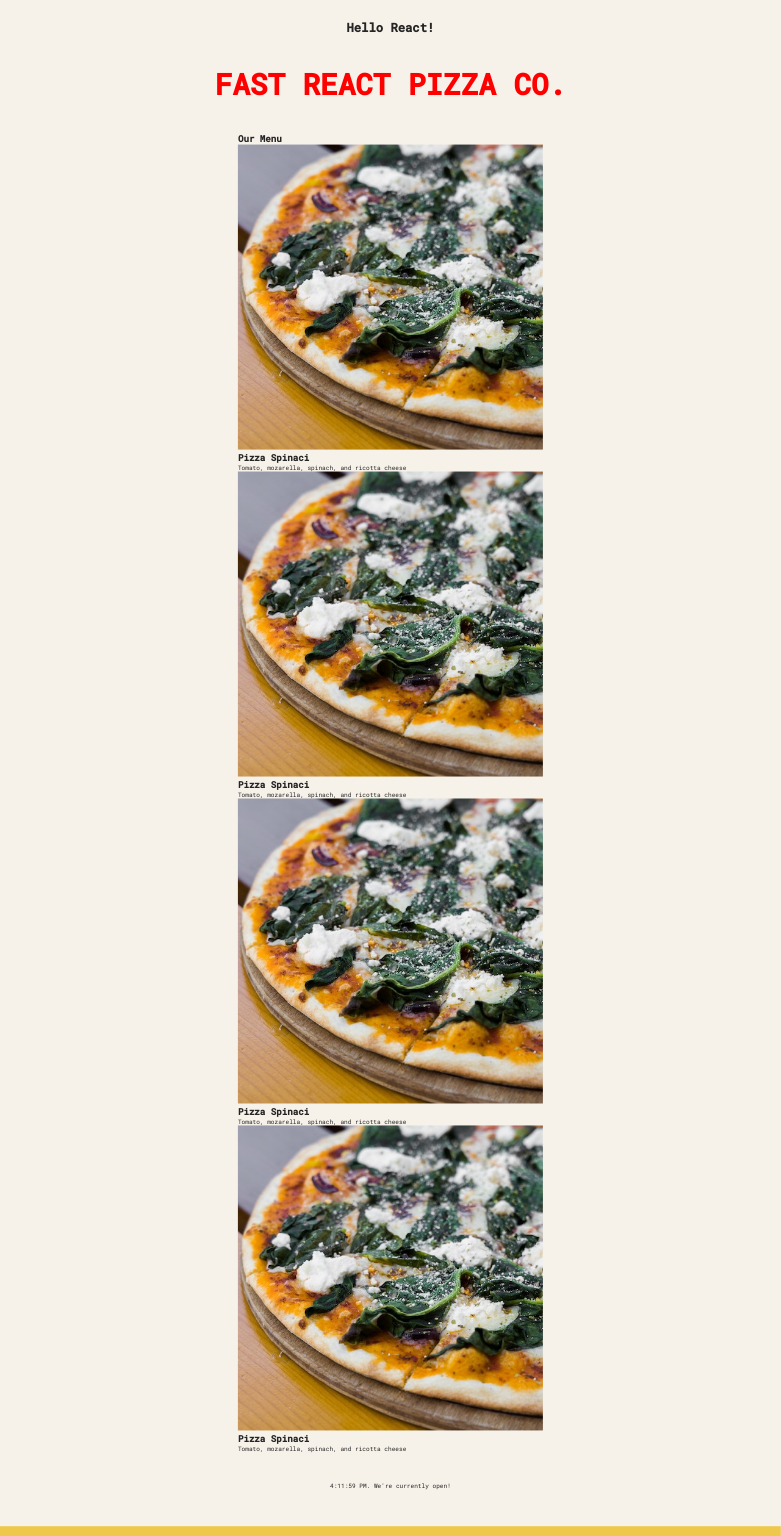
Repository: Alphosmart/03_pizza-menu
Page: /
An editor plug-in stored every save of this project. The page is shown before and after the next save, followed by the edit.
The browser window is 1280 px wide. The pictures show the whole page, at 61% of full size.
The project was rebuilt for these pictures with package versions that can differ from the ones it lists, and the page was loaded fresh each time.

Above is the page before, as saved 2024-05-27 19:22:51.

### src/index.js
import React from "react";
import ReactDOM from "react-dom/client";
import "./index.css";

const pizzaData = [
  {
    name: "Focaccia",
    ingredients: "Bread with italian olive oil and rosemary",
    price: 6,
    photoName: "pizzas/focaccia.jpg",
    soldOut: false,
  },
  {
    name: "Pizza Margherita",
    ingredients: "Tomato and mozarella",
    price: 10,
    photoName: "pizzas/margherita.jpg",
    soldOut: false,
  },
  {
    name: "Pizza Spinaci",
    ingredients: "Tomato, mozarella, spinach, and ricotta cheese",
    price: 12,
    photoName: "pizzas/spinaci.jpg",
    soldOut: false,
  },
  {
    name: "Pizza Funghi",
    ingredients: "Tomato, mozarella, mushrooms, and onion",
    price: 12,
    photoName: "pizzas/funghi.jpg",
    soldOut: false,
  },
  {
    name: "Pizza Salamino",
    ingredients: "Tomato, mozarella, and pepperoni",
    price: 15,
    photoName: "pizzas/salamino.jpg",
    soldOut: true,
  },
  {
    name: "Pizza Prosciutto",
    ingredients: "Tomato, mozarella, ham, aragula, and burrata cheese",
    price: 18,
    photoName: "pizzas/prosciutto.jpg",
    soldOut: false,
  },
];

function App() {
  return (
    <div className="container">
      <h1>Hello React!</h1>
      <Header />
      <Menu />
      <Footer />
    </div>
  );
}

function Header() {
  const style = { color: "red", fontSize: "48px", textTransform: "Uppercase" };
  return <h1 style={style}>Fast React Pizza Co.</h1>;
}

function Menu() {
  return (
    <div>
      <h2>Our Menu</h2>
      <Pizza />
      <Pizza />
      <Pizza />
      <Pizza />
    </div>
  );
}

function Footer() {
  const hour = new Date().getHours();
  const openHour = 12;
  const closeHour = 22;
  const isOpen = hour >= openHour && hour <= closeHour;
  console.log(isOpen);
  // if (hour >= openHour && hour <= closeHour) alert("We're currently open!");
  // else alert("Sorry We're closed!");
  return (
    <footer>{new Date().toLocaleTimeString()}. We're currently open!</footer>
  );

  // return React.createElement("footer", null, "We're currently open!");
}

function Pizza() {
  return (
    <div>
      <img src="pizzas/spinaci.jpg" alt="Pizza spinaci" />
      <h2>Pizza Spinaci</h2>
      <p>Tomato, mozarella, spinach, and ricotta cheese</p>
    </div>
  );
}

// React v18
const root = ReactDOM.createRoot(document.getElementById("root"));
root.render(
  <React.StrictMode>
    <App />
  </React.StrictMode>
); // or root.render<App />);

//React before v18
// React.render(<App />, document.getElementById("root"));

Loaded but not shown: public/index.html (common file); src/index.css (common file)

After the next save:
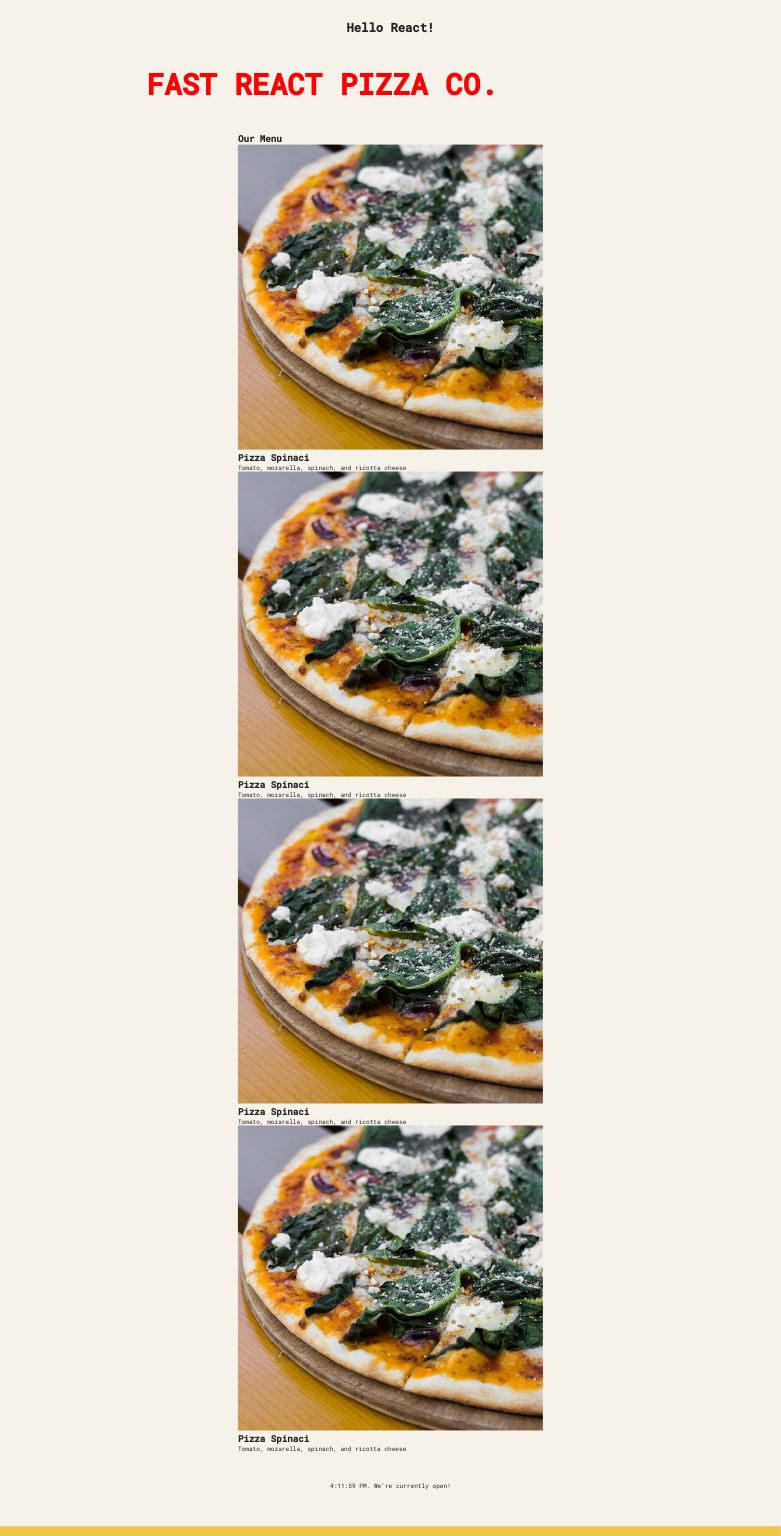
Saved 75 s later.
--- a/src/index.js
+++ b/src/index.js
@@ -60,7 +60,11 @@
 
 function Header() {
   const style = { color: "red", fontSize: "48px", textTransform: "Uppercase" };
-  return <h1 style={style}>Fast React Pizza Co.</h1>;
+  return (
+    <h1 style={style} className="header">
+      Fast React Pizza Co.
+    </h1>
+  );
 }
 
 function Menu() {

After the 2 saves that followed:
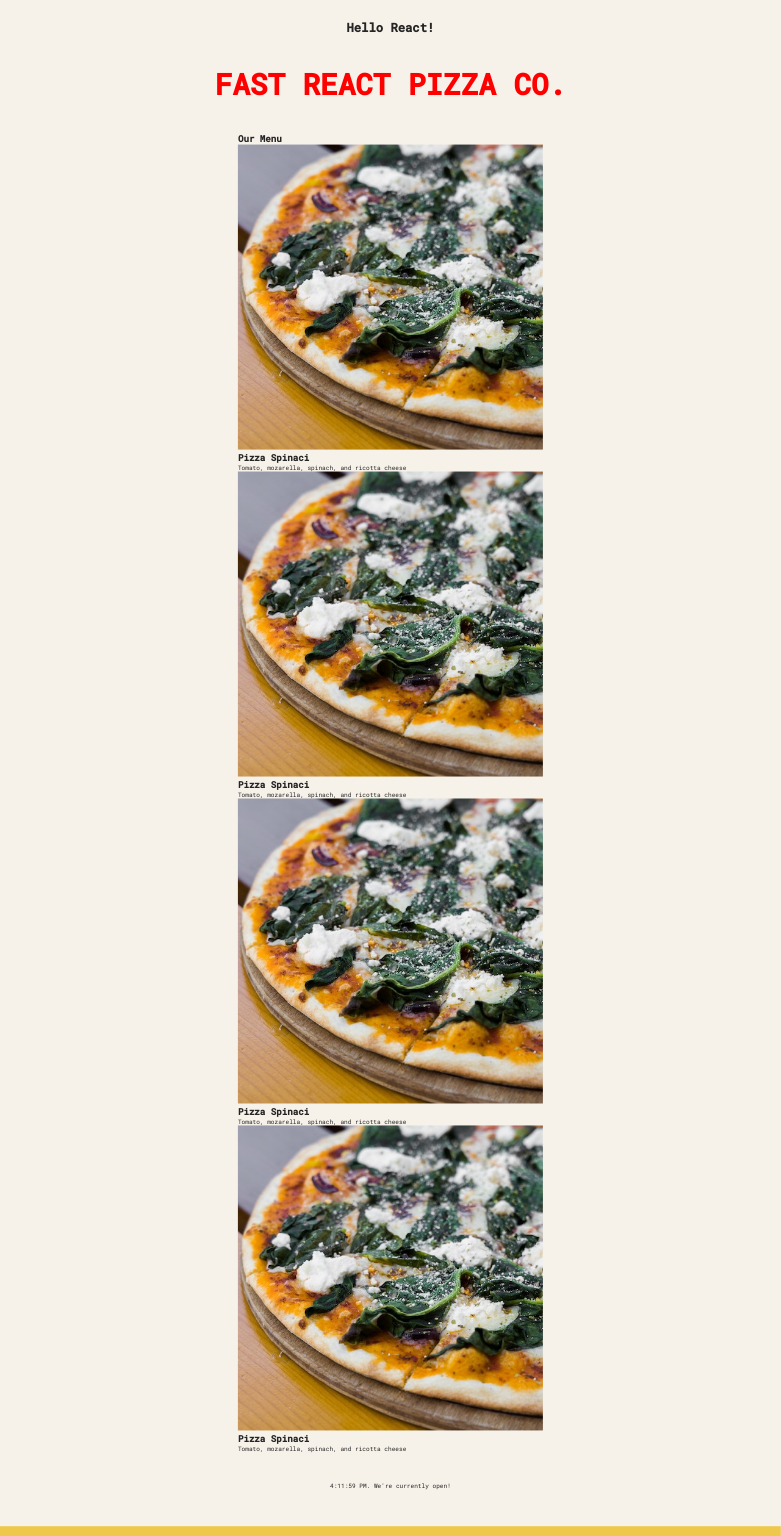
The 2 saves are shown as one change because 1 did not build or start.
The last was saved 68 s later.
--- a/src/index.js
+++ b/src/index.js
@@ -61,9 +61,11 @@
 function Header() {
   const style = { color: "red", fontSize: "48px", textTransform: "Uppercase" };
   return (
-    <h1 style={style} className="header">
-      Fast React Pizza Co.
-    </h1>
+    <header>
+      <h1 style={style} className="header">
+        Fast React Pizza Co.
+      </h1>
+    </header>
   );
 }
 
